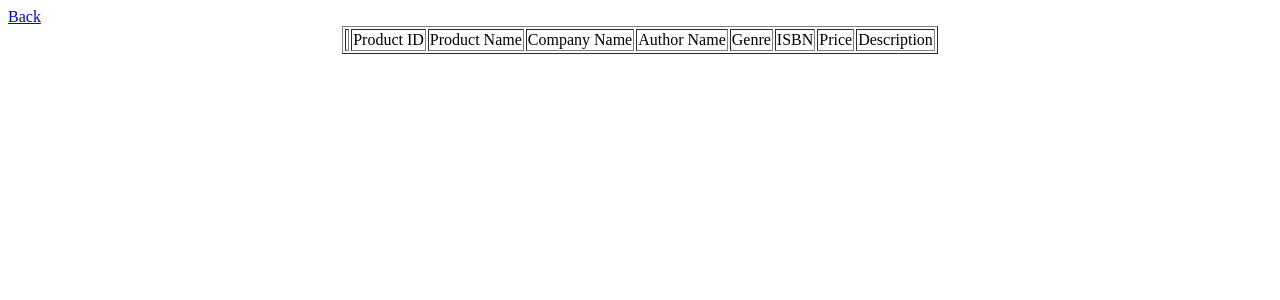
Repository: harshalsakpal/Catalog
Page: http://localhost/Catalog/pages/listBooks.jsp
The author's editor kept a copy of each file at every save. The page is drawn from the files as they stood at one save, then again after a run of saves.
The browser window is 1280 px wide. The pictures show the whole page.
The page is served by Tomcat 9.

Above is the page before, as saved 2014-05-21 08:15:37.

After the next 2 saves:
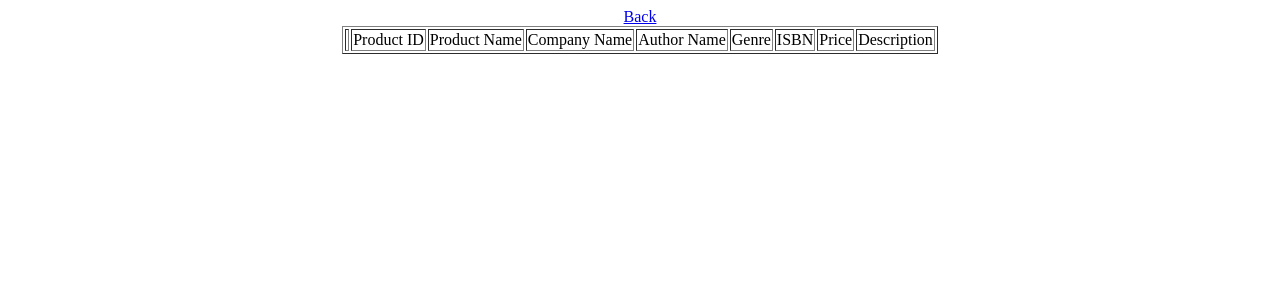
The 2 saves are shown as one change because they came seconds apart.
The last was saved 19 s later.
--- a/Catalog/WebContent/pages/listBooks.jsp
+++ b/Catalog/WebContent/pages/listBooks.jsp
@@ -9,7 +9,7 @@
 <title>List of Books</title>
 </head>
 <body>
-	<a href="home.jsp">Back</a>
+	<div align="center"><a href="home.jsp">Back</a></div>
 	<table border="1" align="center">
 		<tr>
 			<td></td>

After the save that followed:
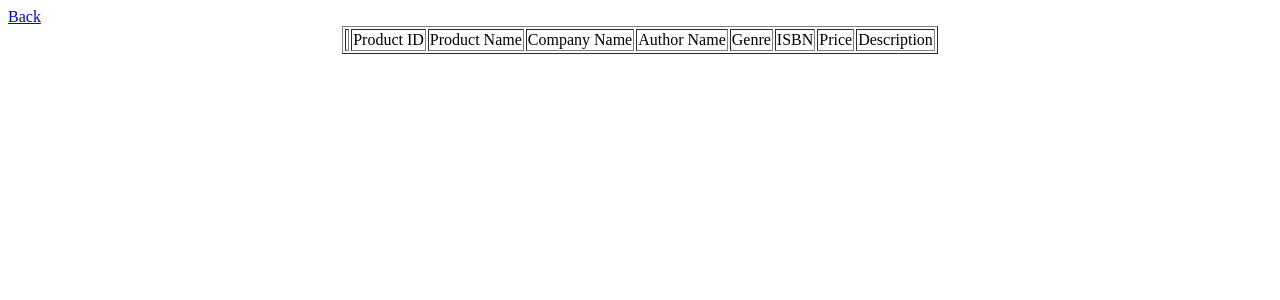
Saved 12 s later.
--- a/Catalog/WebContent/pages/listBooks.jsp
+++ b/Catalog/WebContent/pages/listBooks.jsp
@@ -9,7 +9,7 @@
 <title>List of Books</title>
 </head>
 <body>
-	<div align="center"><a href="home.jsp">Back</a></div>
+	<div align="left"><a href="home.jsp">Back</a></div>
 	<table border="1" align="center">
 		<tr>
 			<td></td>
